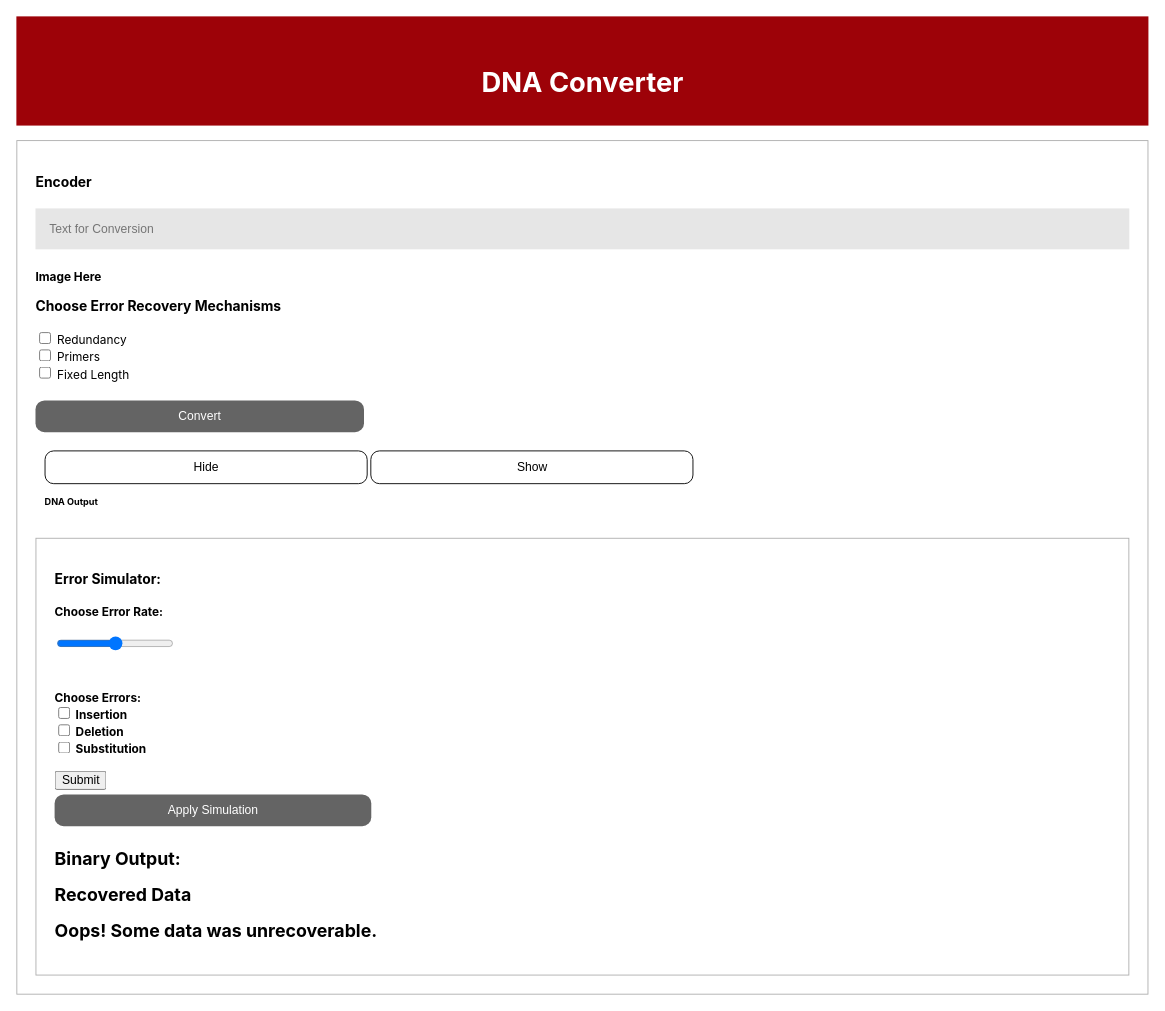
Repository: komalharjani/MSc-Thesis-DNA-Storage
Page: index.html
The author's editor kept a copy of each file at every save. The page is drawn from the files as they stood at one save, then again after the next save.
The browser window is 1280 px wide. The pictures show the whole page, at 91% of full size.

Above is the page before, as saved 2020-08-16 22:40:39.

### index.html
<!DOCTYPE html>
<html lang="en">

<head>
    <link href="index.css" rel="stylesheet">
    <meta charset="UTF-8">
    <meta name="viewport" content="width=device-width, initial-scale=1.0">
    <title>Document</title>
    <script src="https://ajax.googleapis.com/ajax/libs/jquery/3.5.1/jquery.min.js"></script>
</head>

<body>
    <div id="LoginPage">
        <div class="header"><br>
            <h2> DNA Converter </h2>
        </div><br>

        <div class="loginContainer">
            <h3>Encoder</h3>
            <input type="text" placeholder="Text for Conversion" id="textToConvert" required class="input">
            <label for="text"><b>Image Here</b></label>
            <h3>Choose Error Recovery Mechanisms</h3>
            <form>
                <input type="checkbox" id="vehicle1" name="vehicle1" value="Bike">
                <label for="vehicle1"> Redundancy </label><br>
                <input type="checkbox" id="vehicle2" name="vehicle2" value="Car">
                <label for="vehicle2"> Primers </label><br>
                <input type="checkbox" id="vehicle3" name="vehicle3" value="Boat">
                <label for="vehicle3"> Fixed Length</label><br><br>
            </form>
            <button onclick="onSubmit()" id="submit">Convert</button><br>

            <div class="row">
                <div class="column">
                    <button class="btnn" id="hide">Hide</button>
                <button class="btnn" id="show">Show</button>
                  <h2>DNA Output</h2>
                  <p id="dnaOutput"></p>
            </div>

            <script>
                $(document).ready(function(){
                  $("#hide").click(function(){
                    $("p").hide();
                  });
                  $("#show").click(function(){
                    $("p").show();
                  });
                });
                </script>

        </div><br>
        <div class="loginContainer">
            <h3>Error Simulator:</h3>
            <h4>Choose Error Rate:</h4>
            <input type="range" name="rangeInput" min="0" max="10" onchange="updateTextInput(this.value);">
            <input type="number" id="textInput" value="" class="range" max="10"><br>
            <h4>Choose Errors:</h4<br>
                <form>
                    <input type="checkbox" id="vehicle1" name="vehicle1" value="Bike">
                    <label for="vehicle1"> Insertion </label><br>
                    <input type="checkbox" id="vehicle2" name="vehicle2" value="Car">
                    <label for="vehicle2"> Deletion </label><br>
                    <input type="checkbox" id="vehicle3" name="vehicle3" value="Boat">
                    <label for="vehicle3"> Substitution </label><br><br>
                    <input type="submit" value="Submit">
                </form>
                <button onclick="" id="error">Apply Simulation</button><br>
                <!--Take Error Rate from On Submit-->
                <h2>Binary Output:</h2>
                <h2>Recovered Data</h2>
                <h2>Oops! Some data was unrecoverable. </h2>
        </div>
    </div>

</body>
<script src="index.js"></script>

</html>

### index.css
body {
    background-color:white;
    resize: both;
    overflow: auto;
}

.labelText {
  width: 100%;
  padding: 15px;
  margin: 5px 0 22px 0;
  display: inline-block;
  border: none;
  background: #cacaca;
}

.search {
  width: 30%;
  padding: 15px;
  margin: 5px 0 22px 0;
  display: inline-block;
  border: none;
  background: #e6e6e6;
}

.runBtn {
  background-color: #000000;
  border: 1px solid #ffffff;
  color: rgb(255, 255, 255);
  padding: 14px 20px;
  margin-top: 5px;
  margin-bottom: 5px;
  margin-right: 2px;
  margin-left: 0;
  border: none;
  cursor: pointer;
  width: 100%;
  opacity: 0.9;
  font-size: 15px;
}

#map{
  height: 400px;
  width: 100%;
}

#profile {
  border-radius: 50%;
}

.profile {
    padding: 10px;
    text-align: center;
    height: auto;
}

/* Full-width input fields */
.input {
  width: 100%;
  padding: 15px;
  margin: 5px 0 22px 0;
  display: inline-block;
  border: none;
  background: #e6e6e6;
}

.range {
  margin: 5px 0 22px 0;
  display: inline-block;
  border: none;
  text-align: right;
}

li {
  width: 100%;
  padding: 15px;
  margin: 5px 0 22px 0;
  display: inline-block;
  border: none;
  background: #cacaca;
}

ul {
  padding: 0;
}


/* Add a background color when the inputs get focus */
input[type=text]:focus, input[type=password]:focus {
  background-color: rgb(184, 184, 184);
  outline: none;
}

/* button {
  background-color: #000000;
  color: rgb(255, 255, 255);
  padding: 14px 20px;
  margin: 8px;
  border: none;
  cursor: pointer;
  width: 30%;
  opacity: 0.9;
  border-radius: 20px;
} */

.loginContainer {
  width: 100%;
  float: center;
  padding: 20px;
  border: 0.5px solid #afafaf;
  height: auto;

}

.row:after {
  content: "";
  display: table;
  clear: both;
}

.column {
  float: left;
  width: 100%;
  padding: 10px;
  height: auto;
  font-size: 5pt;
  word-break:break-all;
}

.btnn {
  color:black;
  background-color: white;
  border-color: black;
  border-style: solid;
  border-width: 1px;
}

/* Set a style for all buttons */
.button {
  color: rgb(255, 255, 255);
  padding: 10px;
  width: 100%;
  border-radius: 10px;
}

button {
  background-color: rgb(100, 100, 100);
  color: rgb(255, 255, 255);
  padding: 10px;
  width: 30%;
  margin-top: 5px;
  margin-bottom: 5px;
  margin-right: 2px;
  margin-left: 0;
  border: none;
  border-radius: 10px;
}

button:hover {
  opacity: 0.8;
}

/* Extra styles for the cancel button */
.cancelbtn {
  padding: 14px 20px;
  background-color: whitesmoke;
}

/* Float cancel and signup buttons and add an equal width */
.cancelbtn, .signupbtn {
  float: right;
  width: 100%;
}


/* Style the horizontal ruler */
hr {
  border: 1px solid #f1f1f1;
  margin-bottom: 25px;
}

/* Change styles for cancel button and signup button on extra small screens */
@media screen and (max-width: 300px) {
  .cancelbtn, .signupbtn {
     width: 100%;
  }
}
/* OLD BELOW!!!!! */

* {
    box-sizing: border-box;
  }

  /* Add a gray background color with some padding */
  body {
    font-family: -apple-system, BlinkMacSystemFont, 'Segoe UI', Roboto, Oxygen, Ubuntu, Cantarell, 'Open Sans', 'Helvetica Neue', sans-serif;
    padding: 10px;
    background: #ffffff;
    font-size: 13px;
  }
  table {
    font-family: arial, sans-serif;
    border-collapse: collapse;
    width: 100%;
  }

  td, th {
    border: 1px solid #dddddd;
    text-align: left;
    padding: 8px;
  }

  tr:nth-child(even) {
    background-color: #dddddd;
  }
  /* Header Title */
  .header {
    padding: 5px;
    font-size: 20px;
    text-align: center;
    background: #9d0208;
    color: white;
  }

  .login {
    width:300px;
    height:500px;
    position: fixed;
    top: 50%;
    left: 50%;
    margin-top: -125px;
    margin-left: -150px;
  }

  /* Split Screen into Columns */

  .rightcolumn {
    float: right;
    width: 50%;
    padding: 10px;
  }

  .leftcolumn {
    float: left;
    width: 20%;
    padding: 10px;
    background-color: rgb(255, 255, 255);
  }

  .left {
    float: right;
    width: 50%;
    background-color: rgb(255, 255, 255);
  }

  .right {
    float: right;
    width: 50%;
    background-color: rgb(255, 255, 255);
  }

  .centercolumn {
    float: left;
    width: 80%;
    padding: 10px;
    background-color: rgb(255, 255, 255);
  }

  .title {
    color: grey;
    font-size: 18px;
  }

  .rightcolumn {
    float: left;
    width: 30%;
    padding: 10px;
    background-color: rgb(255, 255, 255);
  }

  .box {
    background-color: rgb(255, 255, 255);
    width: 100%;
    padding: 15px;
  }


  .card {
     background-color: whitesmoke;
     padding: 15px;
  }

  .row:after {
    content: "";
    display: table;
    clear: both;
  }

  /* Footer */
  .footer {
    padding: 20px;
    text-align: center;
    background: #ddd;
    margin-top: 20px;
  }

  /* Responsive layout - when the screen is less than 800px wide, make the two columns stack on top of each other instead of next to each other */
  @media screen and (max-width: 800px) {
    .leftcolumn, .rightcolumn {
      width: 100%;
      padding: 0;
    }
  }

  tr:nth-child(even) {
    background-color: #3b37377c;
  }

  button:hover {
    opacity:1;
  }

  /* Extra styles for the cancel button */
  .cancelbtn {
    padding: 14px 20px;
    background-color: #000000;
  }

  /* Float cancel and signup buttons and add an equal width */
  .cancelbtn, .signupbtn {
    float: right;
    width: 100%;
  }

  .containerForm {
    width: 50%;
    float: left;
    padding: 10px;
    background-color: rgb(255, 255, 255);
  }

  /* Add padding to container elements */
  .container {
    width: 100%;
    float: left;
    padding: 10px;
    background-color: rgb(255, 255, 255);
  }

  #result {
    color: red;
  }

  .submitComment {
    background-color: white;
    color: black;
    border: 1px solid #888;
    width: 100%;
    float: right;
  }

  .submitComment :hover {
    background-color: rgb(138, 138, 138);
  }

  .readMore {
    background-color: rgb(216, 216, 216);;
    color: black;
    width: 40%;
    margin: 5px;
  }

  .logoutBtn {
    color: white;
    background-color: #9d0208 ;
    border: 1px solid rgb(255, 255, 255);
    margin: 10px;
  }

  .logoutBtn:hover {
    opacity: 0.7;
  }

  .register {
    color: black;
    background-color: white ;
    border: 1px solid rgb(255, 255, 255);
    margin: 10px;
    opacity: 0.8;
  }

  .register:hover {
    opacity: 1;
  }

  .runPostsStyle {
    background-color: rgb(255, 255, 255);
    padding: 20px;
    border-radius: 10px;
    margin-top: 20px;
    width: 100%;
    overflow: hidden;
    border: 1px solid rgb(0, 0, 0);
    columns: 2;
  }



  .commentPost {
    background-color: whitesmoke;
    padding: 20px;
    border-radius: 10px;
    margin-top: 20px;
    width: 100%;
    overflow: hidden;
  }

  .mapStyle {
    background-color: rgb(94, 0, 0);
    border-radius: 10px;
    width: 40%;
    height: 100px;
    border:solid black;
  }

  /* The Modal (background) */
  .modal {
    display: none; /* Hidden by default */
    position: fixed; /* Stay in place */
    left: 0;
    top: 0;
    width: 100%; /* Full width */
    height: 100%; /* Full height */
    overflow: auto; /* Enable scroll if needed */
    background-color:rgb(255, 255, 255);
    padding: 20px;
  }

  /* Modal Content/Box */
  .modal-content {
    background-color: #ffffff;
    margin: 5% auto 15% auto; /* 5% from the top, 15% from the bottom and centered */
    border: 1px solid #888;
    width: 80%; /* Could be more or less, depending on screen size */
  }

  .postTitle {
    font-size: 20px;
    font-weight: bold;
    color: #9d0208;
  }

  .dateDisplay {
    font-size: 20px;
    font-weight: bold;
  }

  .toFrom {
    font-size: 14px;
    font-weight: bold;
  }

  /* Style the horizontal ruler */
  hr {
    border: 1px solid #f1f1f1;
    margin-bottom: 25px;
  }

  /* The Close Button (x) */
  .close {
    position: absolute;
    right: 35px;
    top: 15px;
    font-size: 40px;
    font-weight: bold;
    color: #000000;
  }

  .close:hover,
  .close:focus {
    color: #ff8484;
    cursor: pointer;
  }

  /* Clear floats */
  .clearfix::after {
    content: "";
    clear: both;
    display: table;
  }

  /* Change styles for cancel button and signup button on extra small screens */
  @media screen and (max-width: 300px) {
    .cancelbtn, .signupbtn {
       width: 100%;
    }
  }

  .dropbtn {
    background-color: #E6E6E6;
    color: rgb(85, 85, 85);
    padding: 16px;
    font-size: 16px;
    border: none;
    width: 100px;
    cursor: pointer;
  }

  .dropbtn:hover, .dropbtn:focus {
    background-color: rgb(187, 187, 187);
  }

  .dropdown {
    position: relative;
    display: inline-block;
  }

  .dropdown-content {
    display: none;
    position: absolute;
    background-color: #f1f1f1;
    min-width: 160px;
    overflow: auto;
    box-shadow: 0px 8px 16px 0px rgba(0,0,0,0.2);
    z-index: 1;
  }

  .dropdown-content a {
    color: black;
    padding: 12px 16px;
    text-decoration: none;
    display: block;
  }

  .dropdown a:hover {background-color: #ddd;}

  .show {display: block;}

Loaded but not shown: index.js (370 lines, source omitted)

After the next save:
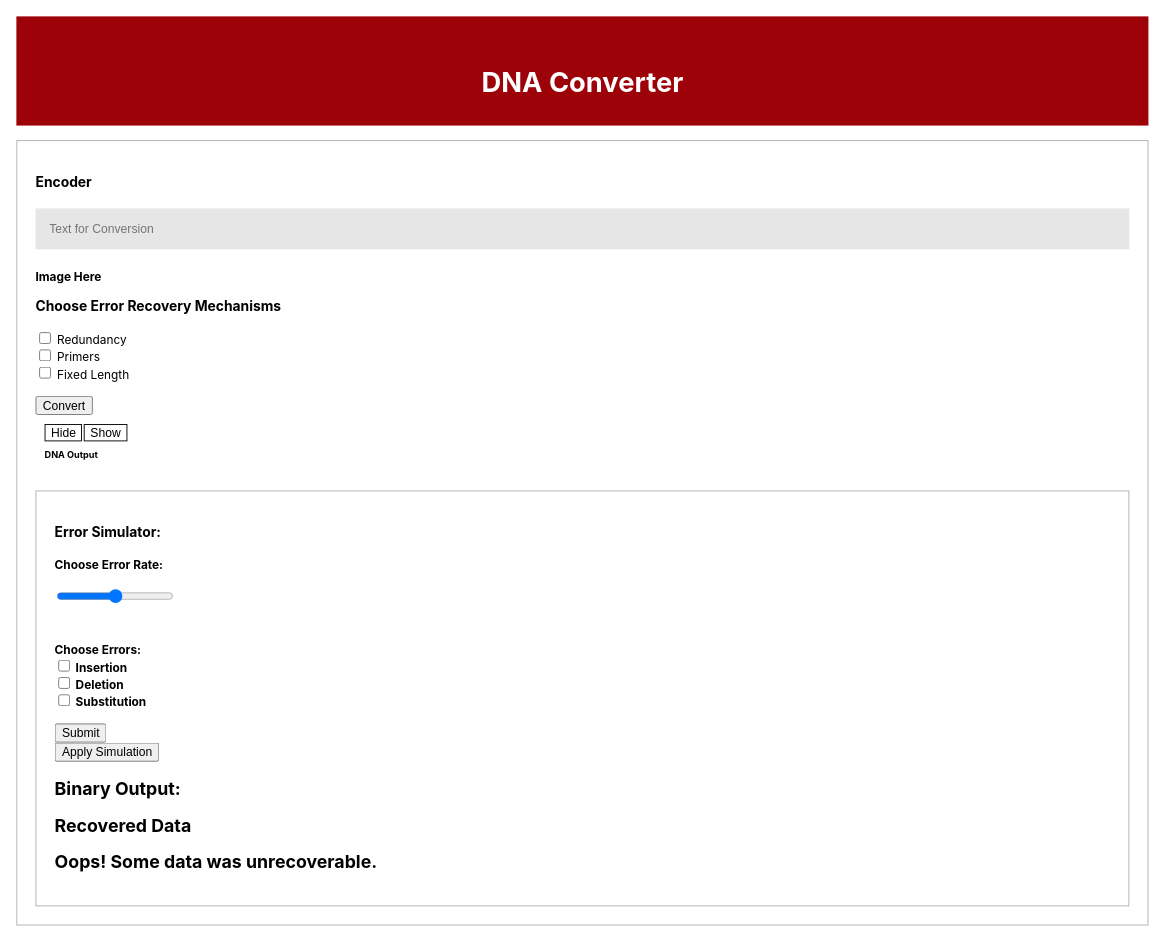
Saved 5 s later.
--- a/index.css
+++ b/index.css
@@ -142,7 +142,7 @@ input[type=text]:focus, input[type=password]:focus {
   border-radius: 10px;
 }
 
-button {
+.button {
   background-color: rgb(100, 100, 100);
   color: rgb(255, 255, 255);
   padding: 10px;
